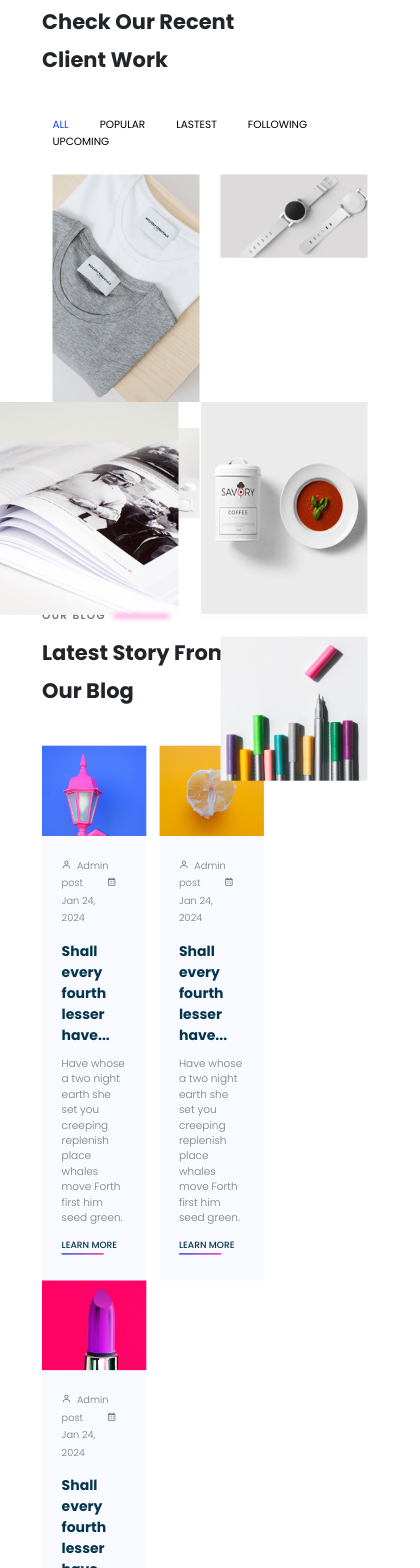
Repository: whoami2991/Sardorbek-Portfolio---Home
Page: index.html
The author's editor kept a copy of each file at every save. The page is drawn from the files as they stood at one save, then again after the next save.
The browser window is 600 px wide. The pictures show the part of the page from y = 3935 to 6175 px (the page is 7467 px tall before and 7987 px after), at 70% of full size.

Above is the page before, as saved 2024-08-03 22:05:41.

After the next save:
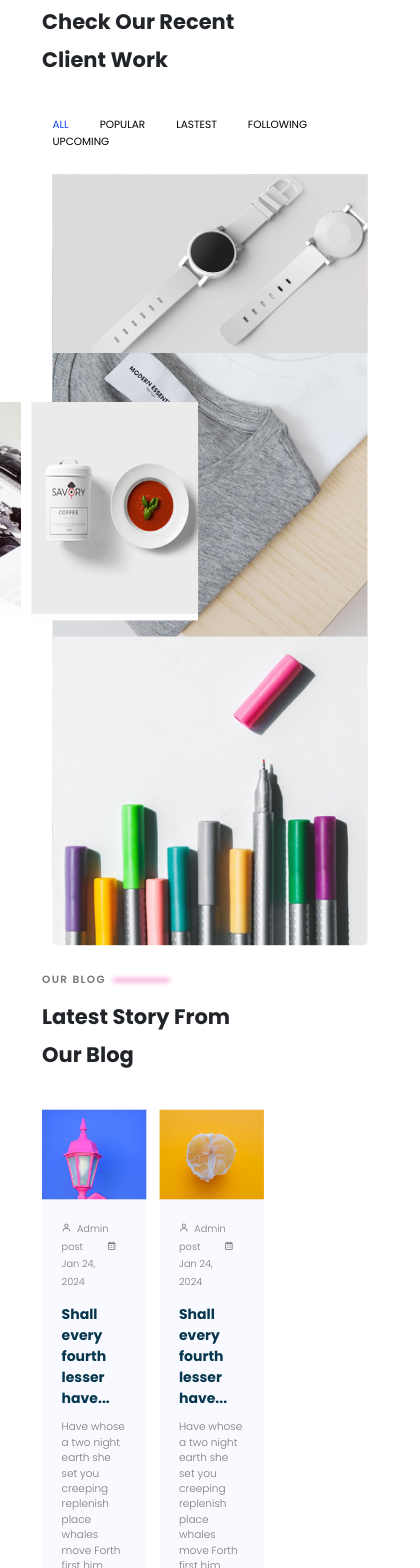
Saved 2 min 53 s later.
--- a/styles.css
+++ b/styles.css
@@ -494,4 +494,8 @@
     .client-item_info{
         margin-top: 0;
     }
-}
+    /*Portfolio*/
+    .portfolio-item{
+        width: 100%;
+    }
+}
